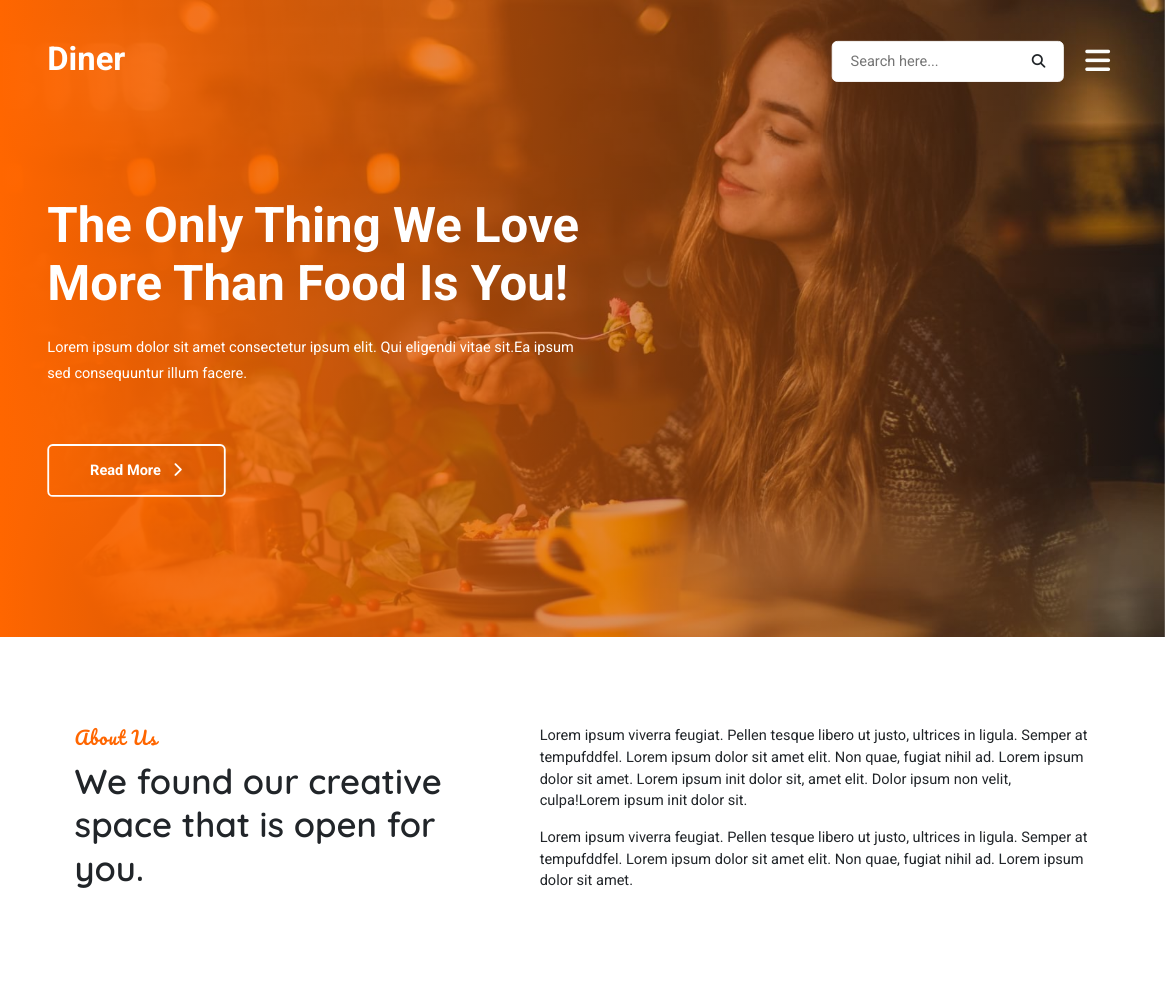
Repository: minhtrivu6199/Diner
Page: index.html
The author's editor kept a copy of each file at every save. The page is drawn from the files as they stood at one save, then again after the next save.
The browser window is 1280 px wide. The pictures show the whole page, at 91% of full size.
Backgrounds fixed to the window are drawn as part of the page. The style sheet was rebuilt from its Sass, Less or Tailwind sources for each picture, by a compiler version that may differ from the author's.

Above is the page before, as saved 2022-10-10 15:04:25.

### index.html
<!DOCTYPE html>
<html lang="en">
  <head>
    <title>Title</title>
    <!-- Required meta tags -->
    <meta charset="utf-8" />
    <meta
      name="viewport"
      content="width=device-width, initial-scale=1, shrink-to-fit=no"
    />
    <!-- FontAwesome 6.2.0 CSS -->
    <link
      rel="stylesheet"
      href="https://cdnjs.cloudflare.com/ajax/libs/font-awesome/6.2.0/css/all.min.css"
      integrity="sha512-xh6O/CkQoPOWDdYTDqeRdPCVd1SpvCA9XXcUnZS2FmJNp1coAFzvtCN9BmamE+4aHK8yyUHUSCcJHgXloTyT2A=="
      crossorigin="anonymous"
      referrerpolicy="no-referrer"
    />

    <!-- Font -->
    <link rel="preconnect" href="https://fonts.googleapis.com" />
    <link rel="preconnect" href="https://fonts.gstatic.com" crossorigin />
    <link
      href="https://fonts.googleapis.com/css2?family=Roboto:wght@100;300;400;500;700;900&display=swap"
      rel="stylesheet"
    />
    <link
      href="https://fonts.googleapis.com/css2?family=Pacifico&display=swap"
      rel="stylesheet"
    />
    <link
      href="https://fonts.googleapis.com/css2?family=Quicksand:wght@300;400;500;600;700&display=swap"
      rel="stylesheet"
    />

    <!-- Bootstrap CSS v5.2.1 -->
    <link
      href="https://cdn.jsdelivr.net/npm/bootstrap@5.2.1/dist/css/bootstrap.min.css"
      rel="stylesheet"
      integrity="sha384-iYQeCzEYFbKjA/T2uDLTpkwGzCiq6soy8tYaI1GyVh/UjpbCx/TYkiZhlZB6+fzT"
      crossorigin="anonymous"
    />
    <!-- CSS -->
    <link rel="stylesheet" href="./css/style.min.css" />
  </head>

  <body>
    <section class="header-banner">
      <div class="container">
        <div class="banner-header">
          <div class="banner-logo">
            <h1>
              <a href="" class="logo-brand">Diner</a>
            </h1>
          </div>
          <div class="banner-right-content">
            <div class="search-bar">
              <form class="search position-relative">
                <input
                  type="search"
                  class="search-input"
                  placeholder="Search here..."
                />
                <span class="fa fa-search search-icon"></span>
              </form>
            </div>
            <div class="menu text-center">
              <div class="mobile-position">
                <nav class="navigation">
                  <!-- <div class="theme-switch-wrapper">
                    <label for="checkbox" class="theme-switch">
                      <input type="checkbox" id="checkbox" />
                      <div class="mode-container">
                        <i class="fa fa-sun"></i>
                        <i class="fa fa-moon"></i>
                      </div>
                    </label>
                  </div> -->
                </nav>
              </div>
              <div class="mobile-nav-button text-center">
                <button id="trigger-overlay" type="button">
                  <i class="fa fa-bars" aria-hidden="true"></i>
                </button>
              </div>
            </div>
          </div>
          <div class="overlay overlay-scale">
            <button type="button" class="overlay-close">
              <i class="fa fa-times" aria-hidden="true"></i>
            </button>

            <nav>
              <ul>
                <li><a href="index.html" class="active">Home</a></li>
                <li><a href="about.html">About</a></li>
                <li><a href="services.html">Services</a></li>
                <li><a href="blog.html">Blog</a></li>
                <li><a href="error.html">404</a></li>
                <li><a href="">Landing Page</a></li>
                <li><a href="contact.html">Contact</a></li>
                <li><a href="">Shot Codes</a></li>
                <li><a href="">Email</a></li>
              </ul>
            </nav>
          </div>
        </div>
        <div class="banner-info">
          <h3 class="mb-4">The only thing we love more than food is you!</h3>
          <div class="separator"></div>
          <p class="pr-lg-5 mt-md-4 mt-3">
            Lorem ipsum dolor sit amet consectetur ipsum elit. Qui eligendi
            vitae sit.Ea ipsum sed consequuntur illum facere.
          </p>
          <a class="btn btn-white mt-sm-5 mt-4 mr-2" href="about.html">
            Read More
            <span class="fa fa-chevron-right ms-2" aria-hidden="true"></span>
          </a>
        </div>
      </div>
    </section>
    <section class="about-us py-5">
      <div class="container py-md-5">
        <div class="row content">
          <div class="col-lg-5 content-left">
            <div class="about-title">
              <h6 class="subtitle">About Us</h6>
              <h3 class="title mb-4">
                We found our creative space that is open for you.
              </h3>
            </div>
          </div>
          <div class="col-lg-7 content-right ps-lg-5">
            <p>
              Lorem ipsum viverra feugiat. Pellen tesque libero ut justo, ultrices in ligula. Semper at tempufddfel. Lorem ipsum dolor sit amet elit. Non quae, fugiat nihil ad. Lorem ipsum dolor sit amet. Lorem ipsum init dolor sit, amet elit. Dolor ipsum non velit, culpa!Lorem ipsum init dolor sit.
            </p>
            <p class="mt-3">
              Lorem ipsum viverra feugiat. Pellen tesque libero ut justo, ultrices in ligula. Semper at tempufddfel. Lorem ipsum dolor sit amet elit. Non quae, fugiat nihil ad. Lorem ipsum dolor sit amet.
            </p>
          </div>
        </div>
      </div>
    </section>
    <!-- Bootstrap JavaScript Libraries -->
    <script
      src="https://cdn.jsdelivr.net/npm/@popperjs/core@2.11.6/dist/umd/popper.min.js"
      integrity="sha384-oBqDVmMz9ATKxIep9tiCxS/Z9fNfEXiDAYTujMAeBAsjFuCZSmKbSSUnQlmh/jp3"
      crossorigin="anonymous"
    ></script>

    <script
      src="https://cdn.jsdelivr.net/npm/bootstrap@5.2.1/dist/js/bootstrap.min.js"
      integrity="sha384-7VPbUDkoPSGFnVtYi0QogXtr74QeVeeIs99Qfg5YCF+TidwNdjvaKZX19NZ/e6oz"
      crossorigin="anonymous"
    ></script>

    <!-- JS -->
    <script src="./js/modernizr-2.6.2.min.js"></script>
    <script src="./js/classie.js"></script>
    <script src="./js/main.js"></script>
  </body>
</html>

### js/classie.js
/*!
 * classie - class helper functions
 * from bonzo https://github.com/ded/bonzo
 *
 * classie.has( elem, 'my-class' ) -> true/false
 * classie.add( elem, 'my-new-class' )
 * classie.remove( elem, 'my-unwanted-class' )
 * classie.toggle( elem, 'my-class' )
 */

/*jshint browser: true, strict: true, undef: true */
/*global define: false */

(function (window) {
  "use strict";

  // class helper functions from bonzo https://github.com/ded/bonzo

  function classReg(className) {
    return new RegExp("(^|\\s+)" + className + "(\\s+|$)");
  }

  // classList support for class management
  // altho to be fair, the api sucks because it won't accept multiple classes at once
  var hasClass, addClass, removeClass;

  if ("classList" in document.documentElement) {
    hasClass = function (elem, c) {
      return elem.classList.contains(c);
    };
    addClass = function (elem, c) {
      elem.classList.add(c);
    };
    removeClass = function (elem, c) {
      elem.classList.remove(c);
    };
  } else {
    hasClass = function (elem, c) {
      return classReg(c).test(elem.className);
    };
    addClass = function (elem, c) {
      if (!hasClass(elem, c)) {
        elem.className = elem.className + " " + c;
      }
    };
    removeClass = function (elem, c) {
      elem.className = elem.className.replace(classReg(c), " ");
    };
  }

  function toggleClass(elem, c) {
    var fn = hasClass(elem, c) ? removeClass : addClass;
    fn(elem, c);
  }

  var classie = {
    // full names
    hasClass: hasClass,
    addClass: addClass,
    removeClass: removeClass,
    toggleClass: toggleClass,
    // short names
    has: hasClass,
    add: addClass,
    remove: removeClass,
    toggle: toggleClass,
  };

  // transport
  if (typeof define === "function" && define.amd) {
    // AMD
    define(classie);
  } else {
    // browser global
    window.classie = classie;
  }
})(window);

### js/main.js
(function () {
  var container = document.querySelector("div.container"),
    triggerBttn = document.getElementById("trigger-overlay"),
    overlay = document.querySelector("div.overlay"),
    closeBttn = overlay.querySelector("button.overlay-close");
  (transEndEventNames = {
    WebkitTransition: "webkitTransitionEnd",
    MozTransition: "transitionend",
    OTransition: "oTransitionEnd",
    msTransition: "MSTransitionEnd",
    transition: "transitionend",
  }),
    (transEndEventName = transEndEventNames[Modernizr.prefixed("transition")]),
    (support = { transitions: Modernizr.csstransitions });

  function toggleOverlay() {
    if (classie.has(overlay, "open")) {
      classie.remove(overlay, "open");
      classie.remove(container, "overlay-open");
      classie.add(overlay, "close");
      var onEndTransitionFn = function (ev) {
        if (support.transitions) {
          if (ev.propertyName !== "visibility") return;
          this.removeEventListener(transEndEventName, onEndTransitionFn);
        }
        classie.remove(overlay, "close");
      };
      if (support.transitions) {
        overlay.addEventListener(transEndEventName, onEndTransitionFn);
      } else {
        onEndTransitionFn();
      }
    } else if (!classie.has(overlay, "close")) {
      classie.add(overlay, "open");
      classie.add(container, "overlay-open");
    }
  }

  triggerBttn.addEventListener("click", toggleOverlay);
  closeBttn.addEventListener("click", toggleOverlay);
})();

### scss/style.scss
@import "./base/variables";
@import "./pages/components/menu";

html,
body {
  font-family: "Roboto", sans-serif;
}
a {
  text-decoration: none;
  background-color: transparent;
}

.header-banner {
  background-image: linear-gradient(to right, $orange, hsl(30deg 100% 1% / 20%)),
    url(../img/banner1.jpg);
  background-size: cover;
  background-position: initial;
  background-repeat: no-repeat;
  background-attachment: fixed;
  min-height: 700px;
  .container {
    max-width: 1200px;
    .banner-header {
      display: flex;
      justify-content: space-between;
      align-items: center;
      padding: 40px 0 20px 0;
      .banner-logo {
        .logo-brand {
          font-size: 36px;
          font-weight: 700;
          color: $white;
        }
      }

      .banner-right-content {
        display: flex;
        justify-content: center;
        align-items: center;
        .search-bar {
          display: flex;
          .search {
            .search-input {
              padding: 10px 50px 10px 20px;
              height: 45px;
              font-size: 16px;
              color: rgba(22, 28, 45, 0.7);
              font-weight: 400;
              border-radius: 6px;
              position: relative;
              right: 0;
              background: $white;
              outline: 0;
              border: 1px solid $white;
            }
            .search-icon {
              position: absolute;
              right: 20px;
              font-size: 15px;
              cursor: pointer;
              top: 15px;
            }
          }
        }

        .menu {
          display: flex;
          justify-content: center;
          align-items: center;
          .mobile-nav-button {
            margin-left: 1rem;
          }
        }
      }
    }

    .banner-info {
        max-width: 600px;
        text-align: left;
        margin-top: 100px;
        h3 {
            font-size: 54px;
            line-height: 64px;
            font-weight: 600;
            text-transform: capitalize;
            color: $white;
        }
        p {
            font-size: 16px;
            line-height: 28px;
            color: $white;
        }

        .btn-white {
            background: transparent;
            border: 2px solid $white;
            color: $white;
            padding: 12px 45px;
            font-size: 16px;
            line-height: 30px;
            font-weight: 700;
            transition: 0.3s ease-in;
            border-radius: 6px;

            &:hover {
                background: $white;
                color: $orange;
            }
        }
    }
  }
}


.about-us {
    .container {
        .content {
            .content-left {
                .about-title {
                    .subtitle {
                        font-size: 20px;
                        font-weight: 400;
                        line-height: 30px;
                        letter-spacing: 1px;
                        color: $orange;
                        font-family: 'Pacifico', cursive;
                    }
                    .title {
                        font-size: 38px;
                        line-height: 48px;
                        font-weight: 600;
                        font-family: 'Quicksand', sans-serif;
                    }
                }
            }

            .content-right {

            }
        }
    }
}

### scss/base/_variables.scss
// Color
$blue: #007bff;
$indigo: #6610f2;
$purple: #6f42c1;
$pink: #e83e8c;
$red: #dc3545;
$orange: #ff6600;
$yellow: #ffc107;
$green: #28a745;
$teal: #20c997;
$cyan: #17a2b8;
$white: #fff;
$gray: #6c757d;
$gray-dark: #343a40;
$light-orange: #f8b195;
$success: #28a745;
$info: #17a2b8;
$warning: #ffc107;
$danger: #dc3545;
$light: #f8f9fa;
$dark: #343a40;


*, ::after, ::before {
    margin: 0;
    padding: 0;
    box-sizing: border-box;
}

### scss/pages/components/_menu.scss
@import '../../base/variables';
.overlay {
	position: fixed;
	width: 100%;
	height: 100%;
	top: 0;
	left: 0;
	background: rgb(6 3 0 / 77%);
}

/* Overlay closing cross */
.overlay .overlay-close {
    width: 40px;
    height: 40px;
    position: absolute;
    right: 40px;
    top: 40px;
    overflow: hidden;
    border: none;
    background: $orange;
    color: #fff;
    border-radius: 6px;
}

button#trigger-overlay {
	outline: none;
	border: none;
	background: none;
	text-align: center;
	color: #fbfdfb;
	font-size: 1.95em;
	padding: 0 8px;
}

/* Menu style */
.overlay nav {
	text-align: center;
	position: relative;
	top: 50%;
	height: 60%;
	-webkit-transform: translateY(-50%);
	transform: translateY(-50%);
}
.overlay ul {
	list-style: none;
	padding: 0;
	margin: 0 auto;
	display: inline-block;
	height: 100%;
	position: relative;
}
.overlay ul li {
	display: block;
	-webkit-backface-visibility: hidden;
	backface-visibility: hidden;
    line-height:3em;
}
.overlay ul li a {
	font-size: 20px;
	font-weight: 600;
	display: block;
	color: #fff;
	-webkit-transition: color 0.2s;
	transition: color 0.2s;
}

.overlay ul li a:hover,
.overlay ul li a:focus {
	color: $orange;
}

/* Effects */
.overlay-scale {
	visibility: hidden;
	opacity: 0;
	-webkit-transform: scale(0.9);
	transform: scale(0.9);
	-webkit-transition: -webkit-transform 0.2s, opacity 0.2s, visibility 0s 0.2s;
	transition: transform 0.2s, opacity 0.2s, visibility 0s 0.2s;
}

.overlay-scale.open {
	visibility: visible;
	opacity: 1;
	-webkit-transform: scale(1);
	transform: scale(1);
	-webkit-transition: -webkit-transform 0.4s, opacity 0.4s;
	transition: transform 0.4s, opacity 0.4s;
}

@media screen and (max-height: 30.5em) {
	.overlay nav {
		height: 70%;
		font-size: 34px;
	}

	.overlay ul li {
		min-height: 34px;
	}
}
@media (max-width:767px) {
	.overlay ul li a {
		font-size: 16px;
	}
	.overlay ul li {
		line-height: 2.5em;
	}
}
@media (max-width:600px) {
	.overlay ul li a {
		font-size: 16px;
	}
	.overlay ul li {
		line-height: 2.2em;
	}
}

Loaded but not shown: js/modernizr-2.6.2.min.js (library)

After the next save:
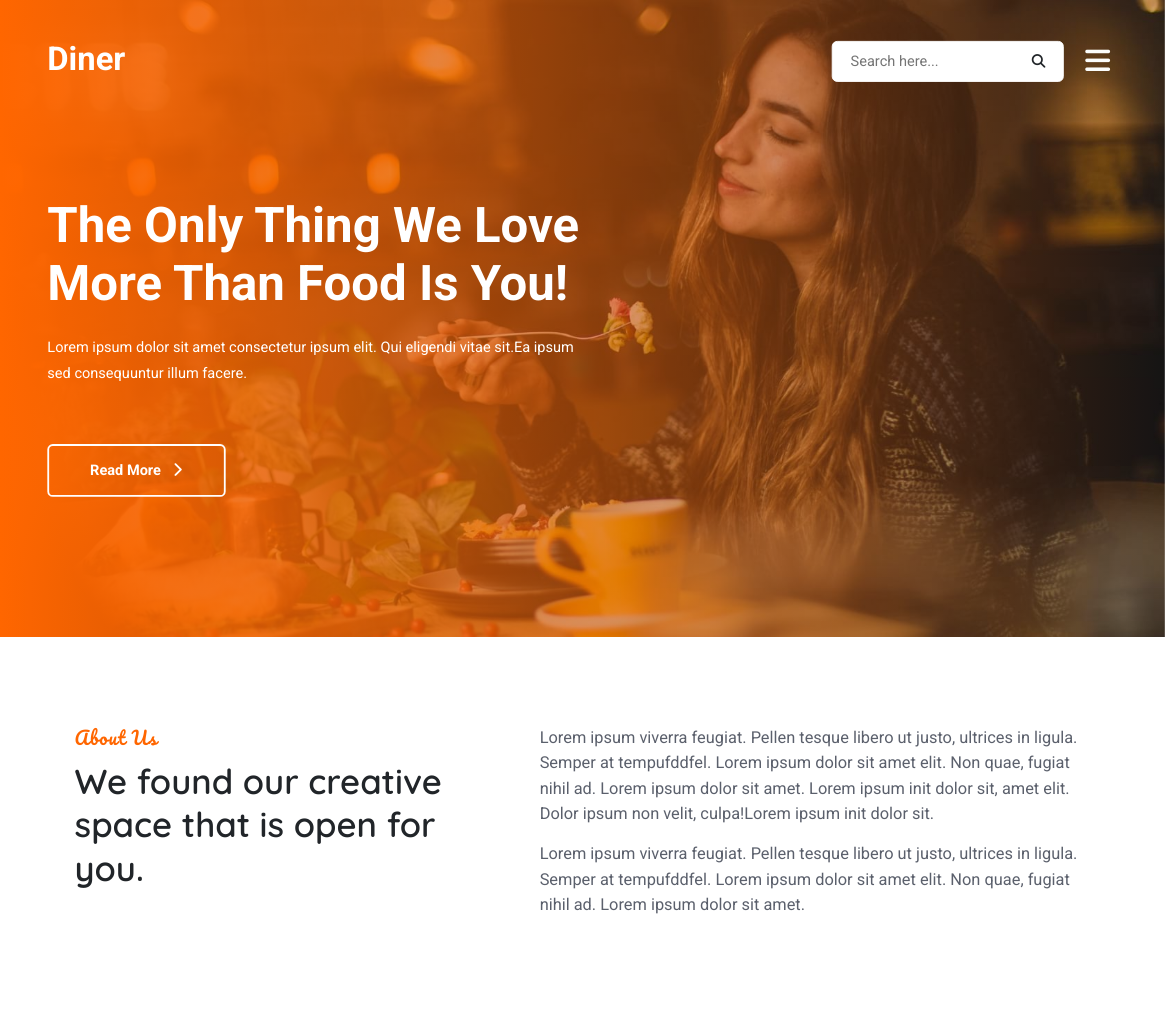
Saved 85 s later.
--- a/scss/style.scss
+++ b/scss/style.scss
@@ -135,7 +135,11 @@ a {
             }
 
             .content-right {
-
+                p {
+                    font-size: 18px;
+                    line-height: 28px;
+                    color:rgba(22, 28, 45, 0.7);
+                }
             }
         }
     }
